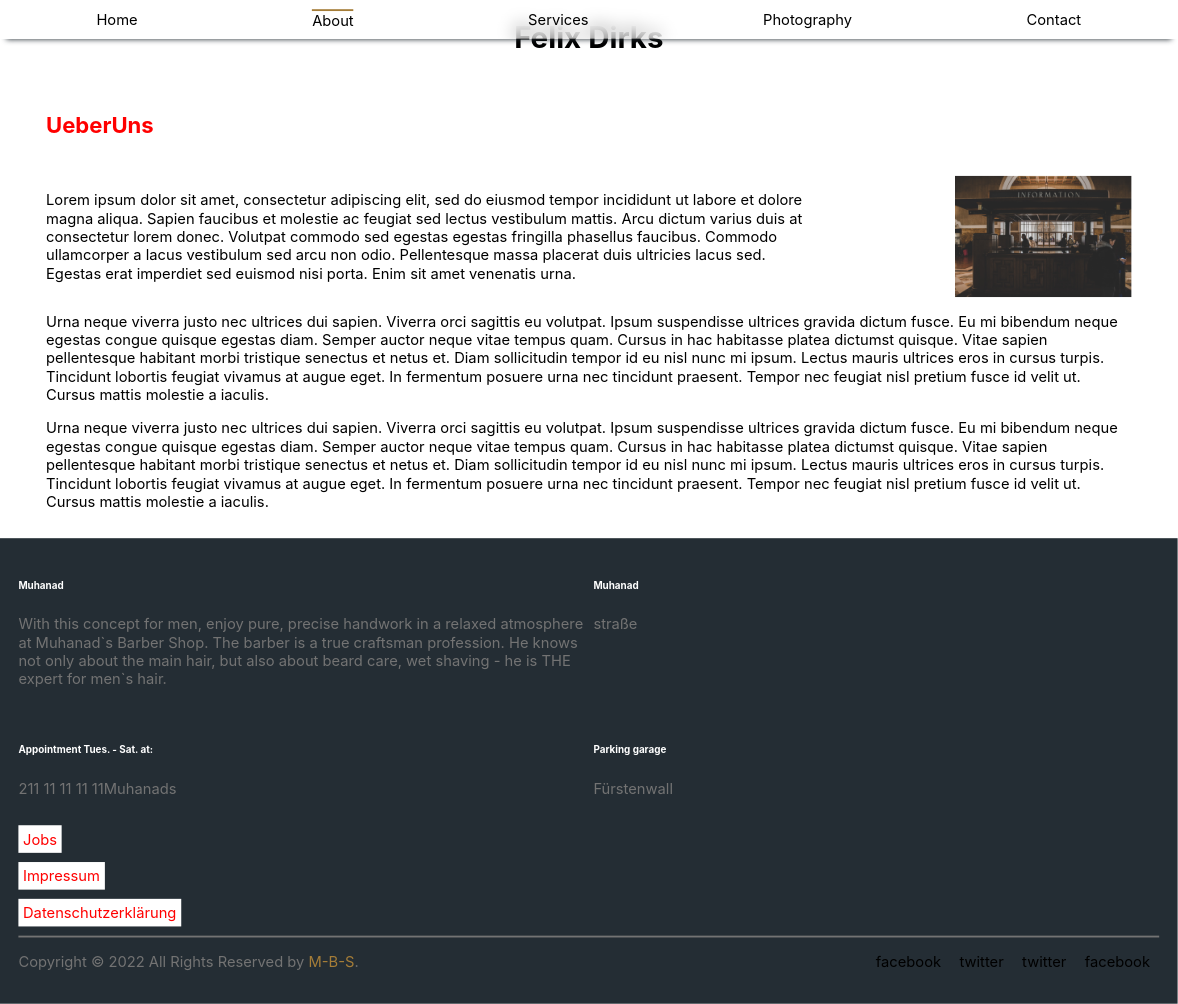
Repository: muhanad-musawi/backend-projekt-frondend
Page: /About (app in pohtographer/)
The author's editor kept a copy of each file at every save. The page is drawn from the files as they stood at one save, then again after the next save.
The browser window is 1280 px wide. The pictures show the whole page, at 92% of full size.
The project was rebuilt for these pictures with package versions that can differ from the ones it lists, and the page was loaded fresh each time. The framework's server and built-in components were replaced by stand-ins that run in the browser. Also part of the build but not shown: pohtographer/next.config.js.

Above is the page before, as saved 2022-03-27 15:55:39.

### pohtographer/pages/_app.js
import '../styles/globals.css'
import Layout from '../layouts/default'

function MyApp({ Component, pageProps }) {


  const getLayout = Component.getLayout
  || ((page) => (<Layout>{page}</Layout>))

  return  getLayout (<Component {...pageProps} />


  )

}

export default MyApp

### pohtographer/pages/About.jsx

import styles from '../styles/main.module.css'
import Image from 'next/image'
import imgA from '../img/philip-strong-iOBTE2xsYko-unsplash.jpg'


function UeberUns() {
  return (
    <div>

    <div className={styles.mainContent}  >

    <h2 className={styles.hTwo} >UeberUns</h2>

    <div  className={styles.imgText} >
    <p className={styles.text} >Lorem ipsum dolor sit amet, consectetur adipiscing elit, sed do eiusmod tempor incididunt ut labore et dolore magna aliqua. Sapien faucibus et molestie ac feugiat sed lectus vestibulum mattis. Arcu dictum varius duis at consectetur lorem donec. Volutpat commodo sed egestas egestas fringilla phasellus faucibus. Commodo ullamcorper a lacus vestibulum sed arcu non odio. Pellentesque massa placerat duis ultricies lacus sed. Egestas erat imperdiet sed euismod nisi porta. Enim sit amet venenatis urna.
    </p>
    <Image width={192}  height={118} src={imgA} alt="" />
    </div>

    <p  className={styles.text}>Urna neque viverra justo nec ultrices dui sapien. Viverra orci sagittis eu volutpat. Ipsum suspendisse ultrices gravida dictum fusce. Eu mi bibendum neque egestas congue quisque egestas diam. Semper auctor neque vitae tempus quam. Cursus in hac habitasse platea dictumst quisque. Vitae sapien pellentesque habitant morbi tristique senectus et netus et. Diam sollicitudin tempor id eu nisl nunc mi ipsum. Lectus mauris ultrices eros in cursus turpis. Tincidunt lobortis feugiat vivamus at augue eget. In fermentum posuere urna nec tincidunt praesent. Tempor nec feugiat nisl pretium fusce id velit ut. Cursus mattis molestie a iaculis.</p>

    <p className={styles.text}>
    Urna neque viverra justo nec ultrices dui sapien. Viverra orci sagittis eu volutpat. Ipsum suspendisse ultrices gravida dictum fusce. Eu mi bibendum neque egestas congue quisque egestas diam. Semper auctor neque vitae tempus quam. Cursus in hac habitasse platea dictumst quisque. Vitae sapien pellentesque habitant morbi tristique senectus et netus et. Diam sollicitudin tempor id eu nisl nunc mi ipsum. Lectus mauris ultrices eros in cursus turpis. Tincidunt lobortis feugiat vivamus at augue eget. In fermentum posuere urna nec tincidunt praesent. Tempor nec feugiat nisl pretium fusce id velit ut. Cursus mattis molestie a iaculis.
    </p>

  </div>

  </div>
  )
}

export default UeberUns

### pohtographer/styles/globals.css
html,
body {
  padding: 0;
  margin: 0;
  font-family: -apple-system, BlinkMacSystemFont, Segoe UI, Roboto, Oxygen,
    Ubuntu, Cantarell, Fira Sans, Droid Sans, Helvetica Neue, sans-serif;
}

a {
  color: inherit;
  text-decoration: none;
}

* {
  box-sizing: border-box;
}

### pohtographer/layouts/default.jsx

import Header from '../components/Header'

import Footer from '../components/Footer'
import Head from 'next/head'


function Layout ({children}) {
  return (
    <div>
       <Header/>
       <Head>
        <title>my-App</title>
        <meta name="description" content="Generated by create next app" />
        <link rel="icon" href="/favicon.ico" />
      </Head>
      {children}
      <Footer/>
    </div>
  )
}

export default Layout

### pohtographer/styles/main.module.css


.mainContent{
  margin: 30px 50px;
}

.hTwo {
  color: red;
  margin: 40px 0px;
}

.text{
  text-align: left;


}

.imgText{
  display: flex;
  justify-content: space-between;
}

.imgText p {
  width: 70%;
 }

### pohtographer/components/Header.jsx
import Link from 'next/link'
import Image from 'next/image'
import home from '../img/home.svg'
import about from '../img/about.svg'
import service from '../img/service.svg'
import experience from '../img/experience.svg'
import contact from '../img/contact.svg'

import styles from '../styles/Header.module.css'
import { useRouter } from "next/router";



function Header() {

  const router = useRouter();

  return (
    <div className={styles.navbarCenter} >
      <h1 className={styles.logoName}>Felix Dirks</h1>
    <div className={styles.headerLinks}>

        <Link href="/">
          <a className={router.pathname == "/" ? styles.active : ""}><span className={styles.desktopVersion}>Home</span>
        <span className={styles.mobileVersion}>

          <span className={styles.img}> <Image  src={home} alt="home" /></span>


        </span></a>
        </Link>

        <Link href="/About">
          <a className={router.pathname == "/About" ? styles.active : ""}>
          <span className={styles.desktopVersion}>About</span>
        <span className={styles.mobileVersion}>


        <span className={styles.img} ><Image   src={about} alt="about" /></span>

        </span>
          </a>
        </Link>

        <Link href="/Services">
          <a className={router.pathname == "/Services" ? styles.active  : ""}>
          <span className={styles.desktopVersion}>Services</span>
        <span className={styles.mobileVersion}>

          <span className={styles.img}><Image  src={service} alt="service" /></span>


        </span>
          </a>
        </Link>

        <Link href="/Photography">
          <a className={router.pathname == "/Photography" ? styles.active  : ""}>
          <span className={styles.desktopVersion}>Photography</span>
        <span className={styles.mobileVersion}>

          <span className={styles.img} > <Image  src={home} alt="home" /></span>


        </span>
          </a>
        </Link>

        <Link href="/Contact">
          <div className={router.pathname == "/Contact" ? styles.active : ""}>
          <span className={styles.desktopVersion}>Contact</span>

        <span className={styles.mobileVersion}>

          <span className={styles.img} ><Image  src={contact} alt="contact" /></span>

        </span>
          </div>
        </Link>

        </div>

    </div>
  )
}

export default Header

### pohtographer/components/Footer.jsx
import Link from "next/link";
import styles from "../styles/Footer.module.css";

function Footer() {
  return (
    <div className={styles.footer}>

    <div className={styles.startFooter}>
      <div className={styles.conceptText}>
        <h6>Muhanad</h6>
        <p>
          With this concept for men, enjoy pure, precise handwork in a relaxed
          atmosphere at Muhanad`s Barber Shop. The barber is a true craftsman
          profession. He knows not only about the main hair, but also about
          beard care, wet shaving - he is THE expert for men`s hair.
        </p>
      </div>

      <div className={styles.adresseLink}>
        <h6>Muhanad</h6>
        <div>
          <Link href="'">straße</Link>
        </div>
      </div>

      <div className={styles.openingContactDetails}>
        <h6>Appointment Tues. - Sat. at:</h6>
        <div>
          <Link href="'">211 11 11 11 11</Link>
          <Link href="'">Muhanads</Link>
        </div>
      </div>

      <div className={styles.parkingGarage}>
        <h6>Parking garage</h6>
        <div>
          <Link href="'">Fürstenwall</Link>
        </div>
      </div>

      <div className={styles.jobsImpressumDatenschutzerklärungLink}>
      <div><Link href="#1">Jobs</Link></div>
      <div><Link href="#2">Impressum</Link></div>
       <div><Link href="#3">Datenschutzerklärung</Link></div>
      </div>
       </div>


      <div className={styles.endFooter}>

        <div className={styles.copyrightLink}>
          <p>
           Copyright &copy; 2022 All Rights Reserved by
           <span className={styles.link}><Link href="#">  M-B-S</Link></span>.
          </p>
        </div>

        <div className={styles.socialMedia}>
          <ul className={styles.socialMediaUl}>
            <li>
              <Link href="#">facebook</Link>
            </li>
            <li>
              <Link href="#">twitter</Link>
            </li>
            <li>
              <Link href="#">twitter </Link>
            </li>
            <li>
              <Link href="#">facebook</Link>
            </li>
          </ul>
        </div>
      </div>

    </div>
  );
}

export default Footer;

### pohtographer/styles/Header.module.css
/*
$color-white:#ffffff;
$footer-color:#737373;
$color-gold:#a57d38;
$color-dark:#242d34;
*/




.navbarCenter {
  width: 100%;
  display: flex;
  justify-content: center;

}

.headerLinks {
  -webkit-backdrop-filter: blur(10px);
  backdrop-filter: blur(10px);
  background-color: rgba(255, 255, 255, 0.5);

  margin: auto auto;
  padding: 10px;
  margin-bottom: 50px;
  display: flex;
  justify-content: space-around;
  align-items: center;

  border-radius: 40px;
  overflow: hidden;
  position: fixed;
  bottom: 0;
  width: 85%;
}

.mobileVersion {
  display: flex;
  justify-content: center;
  align-items: center;
  visibility: visible;
  border: 1px solid #a57d38;
  border-radius: 60%;
}

.mobileVersion:hover {
  border: 1px solid #a57d38;
  background-color: #242d34;
  border-radius: 60%;
}

.active {
  background-color: #242d34;
  border-radius: 60%;
  border: 2px solid #a57d38;
}

.img {
  width: 40px;
  margin: 5px;
  margin-left: 10px;
  margin-right: 10px;
  margin-top: 10px;
}

.desktopVersion {
  display: none;
  visibility: hidden;
}



@media screen and (min-width: 1024px) {

  .navbarCenter {

    position: sticky;
    overflow: hidden;
    z-index: 2;
    top: 0;

    width: 100%;
  }


  .headerLinks {
    width: 100%;
    -webkit-backdrop-filter: blur(10px);
    backdrop-filter: blur(10px);
    background-color: rgba(255, 255, 255, 0.5);


    justify-content: space-around;
    margin-top: 0px;
    margin-bottom: 0px;
    border-radius: 0;
    bottom: unset;


    -webkit-box-shadow: 0 8px 6px -6px #242d34;
    -moz-box-shadow: 0 8px 6px -6px #242d34;
    box-shadow: 0 8px 6px -6px #242d34;
  }


  .active {

    background-color: initial;
    border-radius: 0;
    border: none;
    border-top: 2px solid #a57d38;
  }

  .mobileVersion {
    display: none;
    visibility: hidden;
  }

  .desktopVersion {


    display: block;
    visibility: visible;
  }




}

### pohtographer/styles/Footer.module.css


.footer {
  width: 100%;
  padding: 20px;
  background-color: rgba(36,45,52,1);
}

.startFooter {
  display: grid;
  grid-template-columns: 1fr;
  grid-template-rows: 1fr;
}

.conceptText h6{
  color: #ffffff;

}

.conceptText p {
  color: #737373;
}

.adresseLink h6{
  color: #ffffff;
}

.adresseLink div{
  color: #737373;
}

.openingContactDetails h6{
  color: #ffffff;
}

.openingContactDetails div{
  color: #737373;
}

.parkingGarage h6{
  color: #ffffff;
}

.parkingGarage div {
  color: #737373;
}

.jobsImpressumDatenschutzerklärungLink  div {
  margin: 10px 0;
  padding: 5px 5px;
  color: red;
  background-color: #ffffff;
  width: max-content;
}


.copyrightLink {
  color: #737373;
  display: flex;

}

.link {
  color: #a57d38;
}

.endFooter {
  width: 100%;
  display: flex;
  justify-content: space-between;
  align-items: center;
  border-top: 2px solid  #737373;
}

.socialMedia {

}

.socialMediaUl {
  list-style: none;
  display: flex;
}

.socialMediaUl li {
  margin: 0 10px
}


@media screen and (min-width: 700px) {

  .startFooter {
    display: grid;
    grid-template-columns: 1fr 1fr ;
    grid-template-rows: auto;
    column-gap: 10px;
  row-gap: 20px ;
  }


}

After the next save:
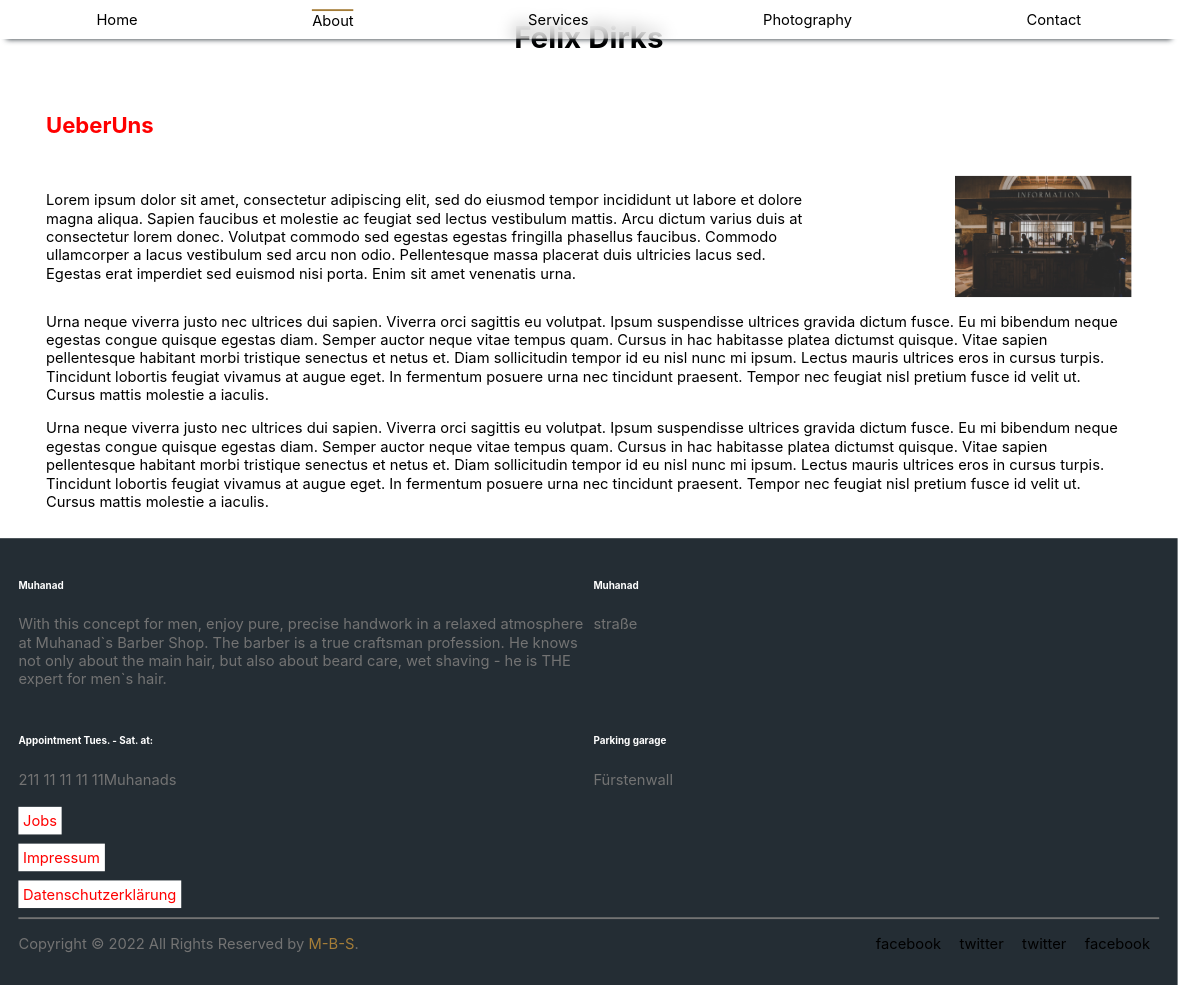
Saved 6 s later.
--- a/pohtographer/styles/Footer.module.css
+++ b/pohtographer/styles/Footer.module.css
@@ -93,7 +93,7 @@
     grid-template-columns: 1fr 1fr ;
     grid-template-rows: auto;
     column-gap: 10px;
-  row-gap: 20px ;
+  row-gap: 10px ;
   }
 
 
